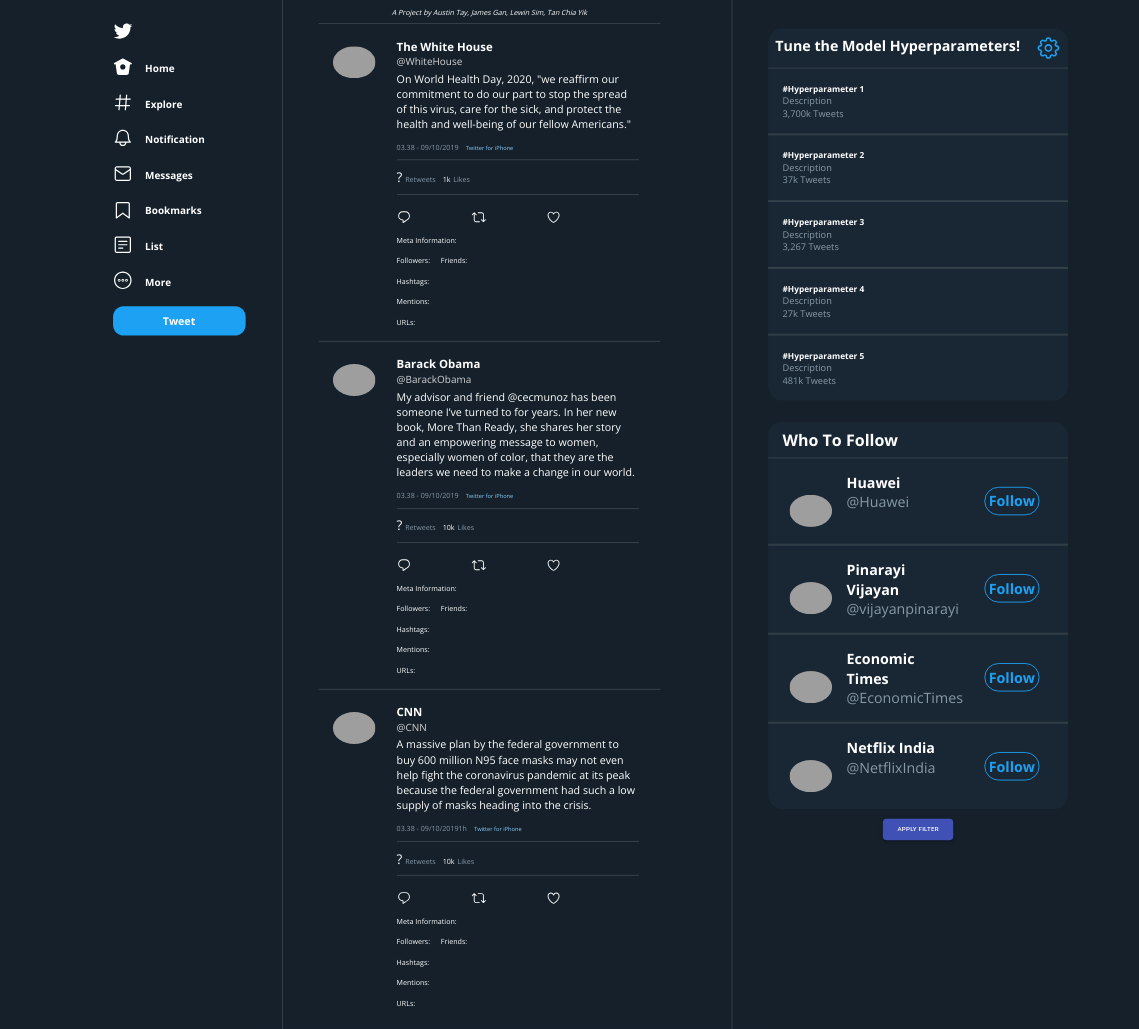
Repository: Dustyik/TwitterAIproj
Page: / (app in FrontEnd/)
These files come from the project's save history. The page is drawn as it stood at one moment and after the next save; the edit follows.
The browser window is 1280 px wide. The pictures show the whole page, at 89% of full size.
Pictures or frames that could not be fetched are drawn as grey boxes. The page's requests for data from a server got no answer. The project was rebuilt for these pictures with package versions that can differ from the ones it lists, and the page was loaded fresh each time. No one was signed in, and anything a server would have sent is missing. Also part of the build but not shown: FrontEnd/src/components/StatusCard.js, FrontEnd/src/pages/Status.js, FrontEnd/src/components/profile/ProfileHead.js, FrontEnd/src/components/profile/ProfileDetails.js, FrontEnd/src/styles/Profile.css, FrontEnd/src/pages/Profile.js.

Above is the page before, as saved 2021-08-03 12:38:28.

### FrontEnd/public/index.html
<!DOCTYPE html>
<html lang="en">

<head>
  <meta charset="utf-8" />
  <link rel="icon" href="%PUBLIC_URL%/favicon.ico" />
  <meta name="viewport" content="width=device-width, initial-scale=1" />
  <meta name="theme-color" content="#000000" />
  <meta name="description" content="Web site created using create-react-app" />
  <link rel="apple-touch-icon" href="%PUBLIC_URL%/logo192.png" />
  <link href="https://fonts.googleapis.com/css2?family=Open+Sans:wght@400;700&display=swap" rel="stylesheet">
  <!--
      manifest.json provides metadata used when your web app is installed on a
      user's mobile device or desktop. See https://developers.google.com/web/fundamentals/web-app-manifest/
    -->
  <link rel="manifest" href="%PUBLIC_URL%/manifest.json" />
  <!--
      Notice the use of %PUBLIC_URL% in the tags above.
      It will be replaced with the URL of the `public` folder during the build.
      Only files inside the `public` folder can be referenced from the HTML.

      Unlike "/favicon.ico" or "favicon.ico", "%PUBLIC_URL%/favicon.ico" will
      work correctly both with client-side routing and a non-root public URL.
      Learn how to configure a non-root public URL by running `npm run build`.
    -->
  <title>React App</title>
</head>

<body>
  <noscript>You need to enable JavaScript to run this app.</noscript>
  <div id="root"></div>
  <!--
      This HTML file is a template.
      If you open it directly in the browser, you will see an empty page.

      You can add webfonts, meta tags, or analytics to this file.
      The build step will place the bundled scripts into the <body> tag.

      To begin the development, run `npm start` or `yarn start`.
      To create a production bundle, use `npm run build` or `yarn build`.
    -->
</body>

</html>

### FrontEnd/src/App.js
import React from 'react';
import { BrowserRouter as Router, Route } from 'react-router-dom';
import './App.css';
import { Sidebar } from './components/Sidebar';
import { Home } from './pages/Home';
import { Trending } from './components/trending/Trending';
import { GlobalProvider } from './context/GlobalState';
import { Status } from './pages/Status';
import ScrollToTop from './utils/ScrollToTop';
import { Profile } from './pages/Profile';

function App() {
  return (
    <GlobalProvider >
      <Router >

        <ScrollToTop>
          <div className="App">
            <div className="side-nav">
              <Sidebar />
            </div>
            <div className="main trending">

              <Route exact path="/" component={Home} />
              { /*
              <Route exact path="/:id" component={Profile} />
              <Route exact path="/status/:id" component={Status} />
              */}


            </div>

            <div className="trending">
              <Trending />
            </div>
          </div>
        </ScrollToTop>

      </Router>
    </GlobalProvider>
  );
}

export default App;

### FrontEnd/src/App.css
:root {
    --body-bg        : rgb(21, 32, 43);
    --sky-blue       : rgba(29, 161, 242, 1.00);
    --light          : rgba(255, 255, 2555);
    --grey           : rgb(136, 153, 166);
    --border         : rgb(56, 68, 77);
    --thick-border   : rgb(37, 51, 65);
    --thick-border   : rgb(37, 51, 65);
    --card-background: rgb(25, 39, 52);
}

body {
    background-color: var(--body-bg);
    font-family     : 'Open Sans', sans-serif;
    padding         : 0;
    margin          : 0;
    color           : var(--light);
}

html {
    font-size: 8px;
}

::-webkit-input-placeholder {
    /* Chrome/Opera/Safari */
    font-size  : 2.5rem;
    color      : #9197a3;
    font-weight: 400;
}

::-moz-placeholder {
    /* Firefox 19+ */
    font-size  : 2.5rem;
    color      : #9197a3;
    font-weight: 400;
}

:-ms-input-placeholder {
    /* IE 10+ */
    font-size  : 2.5rem;
    color      : #9197a3;
    font-weight: 400;
}

:-moz-placeholder {
    /* Firefox 18- */
    font-size  : 2.5rem;
    color      : #9197a3;
    font-weight: 400;
}

.App {
    display              : grid;
    grid-template-columns: 2.5fr 4fr 3fr;
}

.side-nav {
    padding-left: 40%;
    padding-top : 3rem;
}

.side-nav svg {
    fill : var(--light);
    width: 2.75rem;
}

.side-nav svg:hover {
    fill: var(--sky-blue);
}

.side-nav-item {
    padding: 1rem 0;

}

.side-nav .side-nav-item .side-nav-text {
    font-size     : 1.4rem;
    font-weight   : 600;
    color         : var(--light);
    padding-left  : 1.8rem;
    vertical-align: center;
}

.side-nav-item-holder{
    width: rem;
}

.avatar {
    display: inline;
}

.avatar img {
    border-radius: 50%;
}


/* helper classes */
.p-0 {
    padding: 0
}


.pl-0 {
    padding-left: 0
}

.p-1 {
    padding: 1rem;
}

.p-2 {
    padding: 2rem
}

.pr-0 {
    padding-right: 0
}

.pb-1 {
    padding-bottom: 1rem;
}

.m-0 {
    margin: 0
}

.mb-0 {
    margin-bottom: 0;
}

.text-center {
    text-align: center;
}

.w-100 {
    width: 100%;
}

.pl-1 {
    padding-left: 1rem;
}

.pr-1 {
    padding-right: 1rem;
}

ul {
    list-style: none;
}

.flex-align-center {
    display    : flex;
    align-items: center;
}

.flex-space-between {
    display        : flex;
    justify-content: space-between;
}

.inline-block {
    display: inline-block;

}


.btn {
    color      : var(--light);
    font-weight: 700;
    cursor     : pointer;
    border     : none;
    background : transparent;
}

.tweet-btn {
    border-radius   : 1.5rem;
    font-size       : 1.5rem;
    padding         : 1rem;
    background-color: var(--sky-blue);
    width           : 70%;
}

.follow-btn {
    border-radius: 3rem;
    font-size    : 2rem;
    padding      : 0.5rem;
    font-weight  : 700;
    color        : var(--sky-blue);
    border       : 1px solid var(--sky-blue);
}

.pointer {
    cursor: pointer;
}

.bold-dull-para {
    font-size: 1.75rem;
    color    : var(--grey);
}

a {
    text-decoration: none;
    color          : inherit;
}

h1 {
    font-size  : 2.25rem;
    font-weight: 700;
    color      : var(--light);
}

h2 {
    font-size  : 2rem;
    font-weight: 700;
    color      : var(--light);
}

input:focus {
    outline: none;
}

### FrontEnd/src/components/trending/Trending.js
import React from 'react';
import '../../styles/Trending.css';
import { SearchIcon } from '../../images/svg/svgs'
import { TrendsList } from './TrendsList';
import { FollowSuggestionsList } from './FollowSuggestionsList';
import { Button } from '@material-ui/core';



export const Trending = () => {
    return (
        <>
            <div>

                <div className="trends-list m-0">

                <TrendsList />

                </div>

                <div className="follow-list">
                    <FollowSuggestionsList />
                </div>






            <div>
                &nbsp;
            </div>
            <div
             style = {{
                display: "flex",
                justifyContent: "center",
                alignItems: "center"
             }}
            >


            <Button
                variant="contained" color="primary">
                Apply Filter
            </Button>
            </div>
            </div>
        </>
    )
}

### FrontEnd/src/utils/ScrollToTop.js
import React, { useEffect, Fragment } from 'react';
import { withRouter } from 'react-router-dom';

function ScrollToTop({ history, children }) {
    useEffect(() => {
        const unlisten = history.listen(() => {
            window.scrollTo(0, 0);
        });
        return () => {
            unlisten();
        }
    }, []);

    return <Fragment>{children}</Fragment>;
}

export default withRouter(ScrollToTop);

### FrontEnd/src/images/avatars.js
import React from 'react'

export const SmallAvatar = ({ width, image }) => {
    return (
        <div className="avatar">
            <img width={width} src={image} alt="avatar" />
        </div>
    )
}

### FrontEnd/src/apifunctions.js
import axios from 'axios';

export const getTweets = () => {
    return axios.get("http://localhost:5000/getTweets")
}

export const applySearchFilters = (data, title, id) => {
    return axios.post("http://localhost:5000/applySearchModels", {
            data: data,
            queryTitle: title,
            articleId: id

        }
    )
}

### FrontEnd/src/styles/Main.css
/* main styles */
.main {
    border-left : 1px solid var(--border);
    border-right: 1px solid var(--border);
    ;
}

.home {
    padding-left : 2.5rem;
    border-bottom: 1px solid var(--border);
}

.new-tweet {
    padding              : 1rem;
    display              : grid;
    grid-template-columns: 1fr 9fr;
    border-bottom        : 1rem solid var(--thick-border);
}

.new-tweet .left,
.right {
    padding: 0 1rem;
}

.new-tweet input {
    padding    : 2rem 0;
    background : transparent;
    border     : none;
    color      : var(--light);
    font-size  : 2rem;
    font-weight: 700;
}

.new-tweet-options {
    padding-right  : 1rem;
    display        : flex;
    justify-content: space-between;
    align-items    : center;
}

.new-tweet .add-icons {
    margin-right: 1rem;
}

.new-tweet .add-icons svg {
    width  : 3rem;
    fill   : var(--sky-blue);
    padding: 1rem;
}

.new-tweet .add-icons svg:first-child {
    padding-left: 0;
}

### FrontEnd/src/components/TweetList.js
import React, { useContext } from 'react'
import TweetCard from './TweetCard'
import { GlobalContext } from '../context/GlobalState'

export const TweetList = () => {
    const { tweets } = useContext(GlobalContext);
    return (
        <>
            {tweets.map((tweet, index) => (<TweetCard key={index} tweet={tweet}/>))}
        </>
    )
}

### FrontEnd/src/styles/Trending.css
.trending {
    padding: 1rem 10rem 1rem 5rem;
}

.trending .search-box {
    width     : 100%;
    background: transparent;

    background-color: var(--thick-border);
    border-radius   : 5rem;
    border          : none;
}

.trending .search-box svg {
    width       : 3rem;
    fill        : var(--grey);
    padding-left: 1rem;

}

.trending .search-box input {
    padding   : 1.5rem;
    font-size : 2rem;
    width     : 100%;
    background: transparent;
    border    : none;
    color     : var(--light);
}

.trends-list {
    background-color: var(--card-background);
    border-radius   : 2rem;
    margin-top      : 3rem;
}

.trends-list h1 {
    padding: 1rem 2rem;

}

.trends-for-you {
    padding: 1rem;
    text-align: center;
    vertical-align: middle;
}

.trends-for-you svg {
    width: 3.5rem;
    fill : var(--sky-blue);
}

.trends-card {
    border-top   : 1px solid var(--border);
    border-bottom: 1px solid var(--border);
    padding      : 2rem;
}

.trends :last-child {
    border-bottom: none;
}

.trends-topic {
    font-size: 1.3rem;
    color    : var(--grey);
}

.trend-tweet-count {
    font-size: 1.3rem;
    color    : var(--grey);
}



.trending ::-webkit-input-placeholder {
    /* Chrome/Opera/Safari */
    font-size  : 2rem;
    color      : #9197a3;
    font-weight: 400;
}

.trending ::-moz-placeholder {
    /* Firefox 19+ */
    font-size  : 2rem;
    color      : #9197a3;
    font-weight: 400;
}

.trending :-ms-input-placeholder {
    /* IE 10+ */
    font-size  : 2rem;
    color      : #9197a3;
    font-weight: 400;
}

.trending :-moz-placeholder {
    /* Firefox 18- */
    font-size  : 2rem;
    color      : #9197a3;
    font-weight: 400;
}

### FrontEnd/src/components/trending/TrendsList.js
import React from 'react';
import { Trend } from '../trending/Trend';
import { SettingsIcon } from '../../images/svg/svgs';

export const TrendsList = () => {
    const trends = [
        {
            name: '#Hyperparameter 1',
            topic: 'Description',
            tweets: '3,700k'
        },
        {
            name: '#Hyperparameter 2',
            topic: 'Description',
            tweets: '37k'
        }, {
            name: '#Hyperparameter 3',
            topic: 'Description',
            tweets: '3,267'
        },
        {
            name: '#Hyperparameter 4',
            topic: 'Description',
            tweets: '27k'
        }, {
            name: '#Hyperparameter 5',
            topic: 'Description',
            tweets: '481k'
        }
    ]
    return (
        <div>
            <div className="trends-for-you flex-space-between">
                <h2 className="m-0">Tune the Model Hyperparameters!</h2>
                <SettingsIcon />
            </div>
            <div className="trends">
                {trends.map(trend => (<Trend trend={trend} />))}
            </div>
        </div>
    )
}

### FrontEnd/src/components/trending/FollowSuggestionsList.js
import React from 'react'
import { FollowSuggestionCard } from './FollowSuggestionCard';
import '../../styles/FollowList.css';

export const FollowSuggestionsList = () => {
    const whoToFollowList = [
        {
            name: 'Huawei',
            handle: '@Huawei',
            image: 'https://pbs.twimg.com/profile_images/1246467440977932292/Wmlicr4o_bigger.jpg'
        },
        {
            name: 'Pinarayi Vijayan',
            handle: '@vijayanpinarayi',
            image: 'https://pbs.twimg.com/profile_images/1179639807506407424/l9apSa2h_bigger.jpg'
        },
        {
            name: 'Economic Times',
            handle: '@EconomicTimes',
            image: 'https://pbs.twimg.com/profile_images/1077844189893853184/PCBPSQVB_bigger.jpg'
        }, {
            name: 'Netflix India',
            handle: '@NetflixIndia',
            image: 'https://pbs.twimg.com/profile_images/1072124554808422401/s8K84jEW_bigger.jpg'
        }
    ]
    return (

        <>
            <div className="flex-space-between">
                <h1 className="m-0">Who To Follow</h1>

            </div>
            <div className="follow-cards">
                {whoToFollowList.map(whoToFollow => (<FollowSuggestionCard whoToFollow={whoToFollow} />))}

            </div>
        </>

    )
}

### FrontEnd/src/context/AppReducer.js
const MAX = 30
const MIN = 0

export default (state, action) => {
    switch (action.type) {
        case 'DELETE_TRANSACTION':
            return {
                ...state,
                transactions: state.transactions.filter(transaction => transaction.id !== action.payload)
            }
        case 'ADD_TWEET':
            const newTweet = {
                user: {
                    name: action.payload.name,
                    image: action.payload.image,
                    handle: `@${action.payload.name}`,
                },
                tweet: {
                    content: action.payload.tweet,
                    image: null,
                    comments: Math.floor(Math.random()*(MAX-MIN)+MIN),
                    retweets: Math.floor(Math.random()*(MAX-MIN)+MIN),
                    likes: Math.floor(Math.random()*(MAX-MIN)+MIN),
                    relevance: action.payload.relevance
                }
            };
            return {
                ...state,
                tweets: [...state.tweets, newTweet]
            }

        case "SET_TWEETS":
            return {
            ...state,
            tweets: action.payload
        }

        case "SET_SEARCH_MODEL":
            return {
            ...state,
            searchModels: action.payload
        }

        case "REMOVE_ALL_TWEETS":
            return {
            ...state,
            tweets: []
        }


        default:
            return state
    }
}

### FrontEnd/src/components/trending/Trend.js
import React from 'react'

export const Trend = ({ trend }) => {
    return (
        <div className="trends-card">
            <h3 className="m-0">{trend.name}</h3>
            <p className="trends-topic m-0">{trend.topic}</p>
            <p className="trend-tweet-count m-0">{trend.tweets} Tweets</p>
        </div>
    )
}

### FrontEnd/src/components/trending/FollowSuggestionCard.js
import React from 'react';
import { SmallAvatar } from '../../images/avatars';

export const FollowSuggestionCard = ({ whoToFollow }) => {
    return (
        // <div className="follow-card">
        //     <p className="trends-topic m-0">{follow.topic}</p>
        //     <h2 className="m-0">{follow.name}</h2>
        //     <p className="trend-tweet-count m-0">{follow.tweets}</p>
        // </div>
        <div className="who-to-follow">
            <div className="left">
                <SmallAvatar width="48" image={whoToFollow.image} />
            </div>
            <div className="middle">
                <span className="follow-card-name">{whoToFollow.name}</span>
                <span className="follow-card-handle">{whoToFollow.handle}</span>
            </div>
            <div className="right">
                <div className="btn follow-btn text-center">
                    Follow
                </div>
            </div>
        </div>
    )
}

### FrontEnd/src/styles/FollowList.css
.follow-list {
    background-color: var(--card-background);
    border-radius   : 2rem;
    margin-top      : 3rem;
}

.follow-list h1 {
    padding: 1rem 2rem;
}

.who-to-follow:last-child {
    border-bottom: none;
}

.who-to-follow {
    display              : grid;
    grid-gap             : 1rem;
    padding              : 1rem 2rem;
    grid-template-columns: 1fr 3fr 2fr;
    border-top           : 1px solid var(--border);
    border-bottom        : 1px solid var(--border);
    padding              : 2rem;
}

.who-to-follow .middle {
    display       : flex;
    flex-direction: column;
}

.who-to-follow .middle .follow-card-name {
    font-size    : 2rem;
    font-weight  : 700;
    padding-right: 1rem;
}

.who-to-follow .middle .follow-card-handle {
    font-size: 2rem;
    color    : var(--grey);
}

### FrontEnd/src/styles/StatusCard.css

.status-card {
    /* padding              : 1rem;
    display                 : grid;
    grid-template-columns   : 1fr 9fr; */
    border-bottom           : 0.5px solid var(--border);
    border-top              : 0.5px solid var(--border);

}

.status-card .left,
.right {
    padding: 2rem;
}

.status-card .left {
    display    : flex;
    align-items: center;

}

.status-card .right {
    padding-top: 0;
}

.status-card .status-card-name {
    font-size    : 2rem;
    font-weight  : 700;
    padding-right: 1rem;
}

.status-card .status-card-handle,
.status-card-time {
    font-size: 1.5rem;
    color    : var(--grey);
}

.status-card .status-card-body .status-card-content p {
    font-size : 2.5rem;
    margin-top: .5rem;
}

.status-card .status-card-body .status-card-image {
    margin-top: 2rem;
}

.status-card .status-card-body .status-card-image img {
    width        : 100%;
    border-radius: 20px;
}

.status-card .status-card-footer {
    padding-right: 10rem;
    display      : flex;

    justify-content: space-around;
    padding-top    : 1rem;
    width          : 100%;
}

.status-card .status-card-footer svg {
    fill : var(--grey);
    width: 2.5rem;
}

.status-card .status-card-footer .tweet-cars-icon {
    line-height : 2;
    font-size   : 1.5rem;
    color       : var(--grey);
    padding-left: 1rem;
}

.status {
    display    : flex;
    align-items: center;
    padding    : 0 2rem;
    display    : flex;
    align-items: center;
}

.status h1 {
    display     : inline-block;
    padding-left: 1rem;
}

.status svg {
    width: 4rem;
    fill : var(--sky-blue);
}

### FrontEnd/src/styles/TweetCard.css


.tweet-card {
    padding              : 1rem;
    display              : grid;
    grid-template-columns: 1fr 9fr;
    border-top           : 0.5px solid var(--border);

}
.tweet-middle-border {
    margin-top              : 1.1rem;
    margin-bottom             : 1.1rem;
    border-top           : 0.1rem solid var(--border);
}

.left{
    padding: 0 1rem;
    margin-top: 25px;
}

.tweet-card-shotoniphone{
    margin-left: 1rem;
    font-size: 0.8rem;
    color    : lightskyblue;
}

.tweet-card-time{
    display:inline-block;
    padding-top: 1.5rem;
    font-size: 1rem;
    color    : var(--grey);
}

.tweet-meta-information{
    padding-top: 1.5rem;

}

.tweet-meta-information-inner{
    font-style:"italic",

}

.tweet-retweets-likes {
    margin-left: 0.4rem;
    display:inline-block;
    font-size: 1rem;
    color    : var(--grey);
}

.tweet-retweets-likes-number {
    margin-left: 1rem;
    display:inline-block;
    font-size: rem;
    color    : var(white);
}

.tweet-card, .right {
    padding: 0 1rem;
    margin-top: px;
}

.tweet-card .tweet-card-head .tweet-card-name {
    font-size    : 1.6rem;
    padding-right: 1rem;
    font-weight: bold;
}

.tweet-card .tweet-card-head .tweet-card-name:hover {
    text-decoration: underline;
}

.tweet-card-handle {
    font-size    : 1.4rem;
    padding-right: 1rem;
    font-weight: lighter;
    color: lightgray;
}

.tweet-card .tweet-card-body .tweet-card-content p {
    font-size : 1.5rem;
    margin-top: .5rem;
}

.tweet-card .tweet-card-body .tweet-card-image {
    margin-top: 2rem;
}

.tweet-card .tweet-card-body .tweet-card-image img {
    width        : 100%;
    border-radius: 20px;
}

.tweet-card .tweet-card-footer {
    padding-right  : 10rem;
    display        : flex;
    justify-content: space-between;
    padding-top    : 1rem;
}

.tweet-card .tweet-card-footer svg {
    fill : white;
    width: 2rem;
}

.tweet-card .tweet-card-footer .tweet-cars-icon {
    line-height : 2;
    font-size   : 1.5REM;
    color       : var(--grey);
    padding-left: 1rem;
}

Loaded but not shown: FrontEnd/src/index.js (common file); FrontEnd/src/images/svg/svgs.js (66 lines, source omitted); FrontEnd/src/components/Sidebar.js (142 lines, source omitted); FrontEnd/src/components/TweetCard.js (102 lines, source omitted); FrontEnd/src/pages/Home.js (100 lines, source omitted); FrontEnd/src/context/GlobalState.js (113 lines, source omitted)

After the next save:
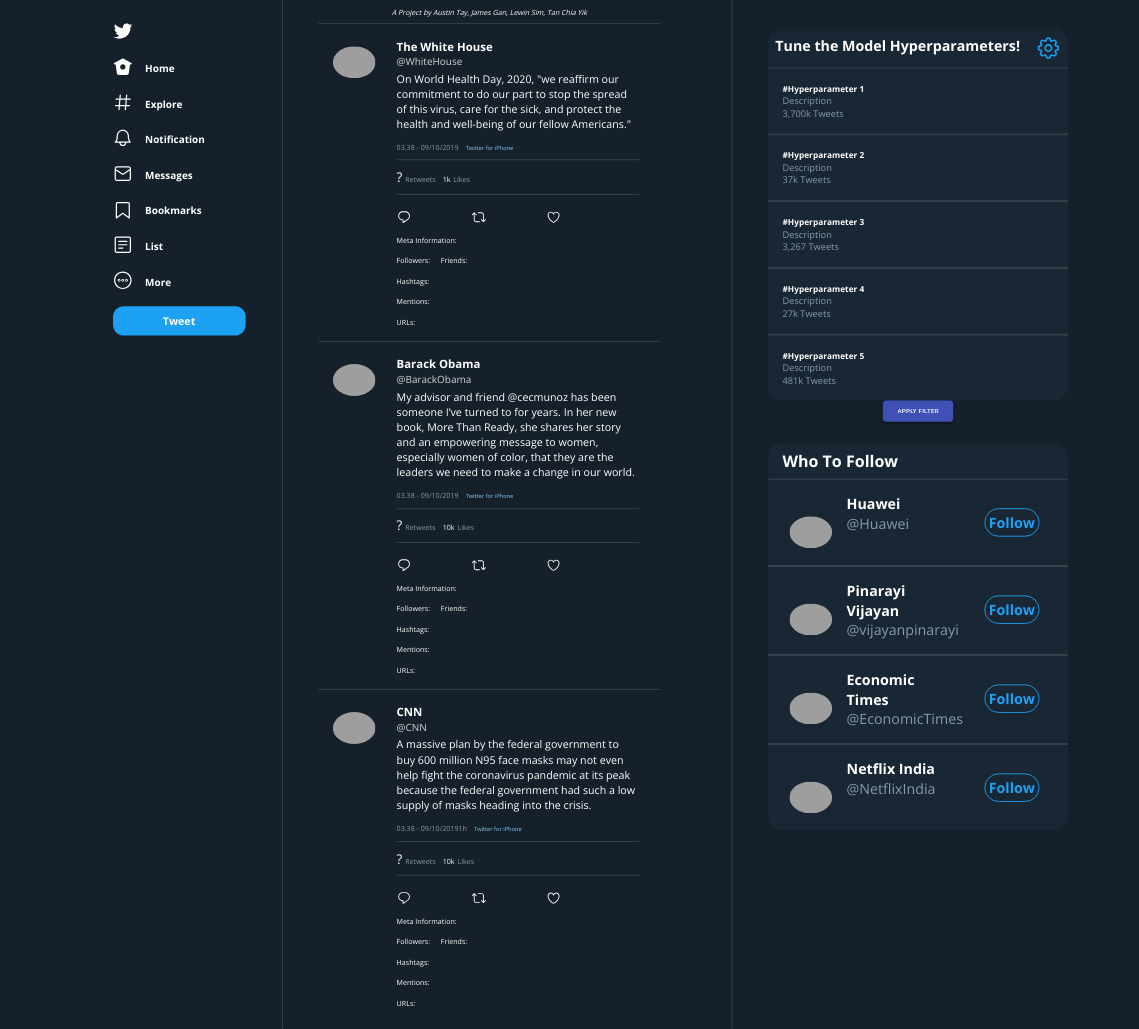
Saved 28 s later.
--- a/FrontEnd/src/components/trending/Trending.js
+++ b/FrontEnd/src/components/trending/Trending.js
@@ -17,20 +17,7 @@
                 <TrendsList />
 
                 </div>
-
-                <div className="follow-list">
-                    <FollowSuggestionsList />
-                </div>
-
-
-
-
-
-
-            <div>
-                &nbsp;
-            </div>
-            <div
+                <div
              style = {{
                 display: "flex",
                 justifyContent: "center",
@@ -44,6 +31,12 @@
                 Apply Filter
             </Button>
             </div>
+
+                <div className="follow-list">
+                    <FollowSuggestionsList />
+                </div>
+
+
             </div>
         </>
     )
